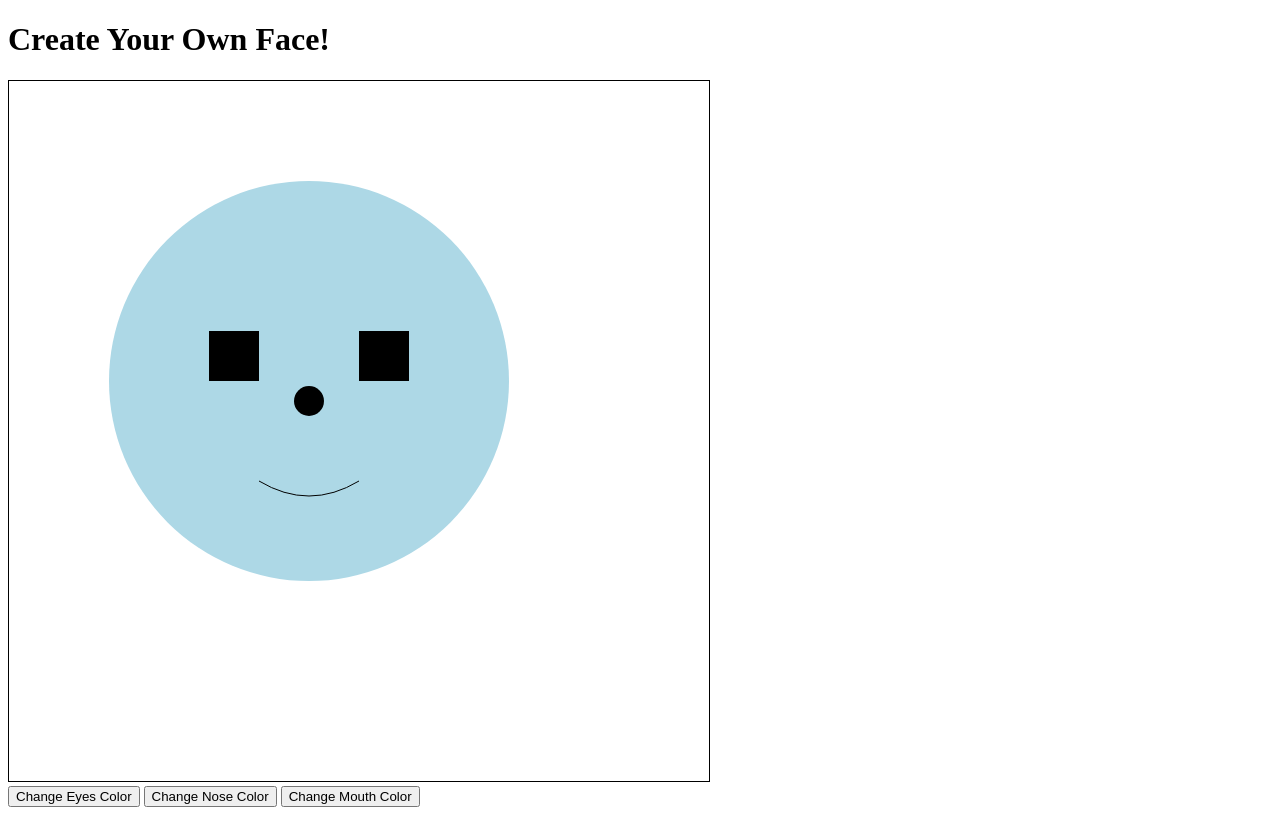
Repository: Chaimaa482/web2-tp1
Page: Tp1_1.html
The author's editor kept a copy of each file at every save. The page is drawn from the files as they stood at one save, then again after the next save.
The browser window is 1280 px wide. The pictures show the whole page.

Above is the page before, as saved 2024-02-20 20:29:17.

After the next save:
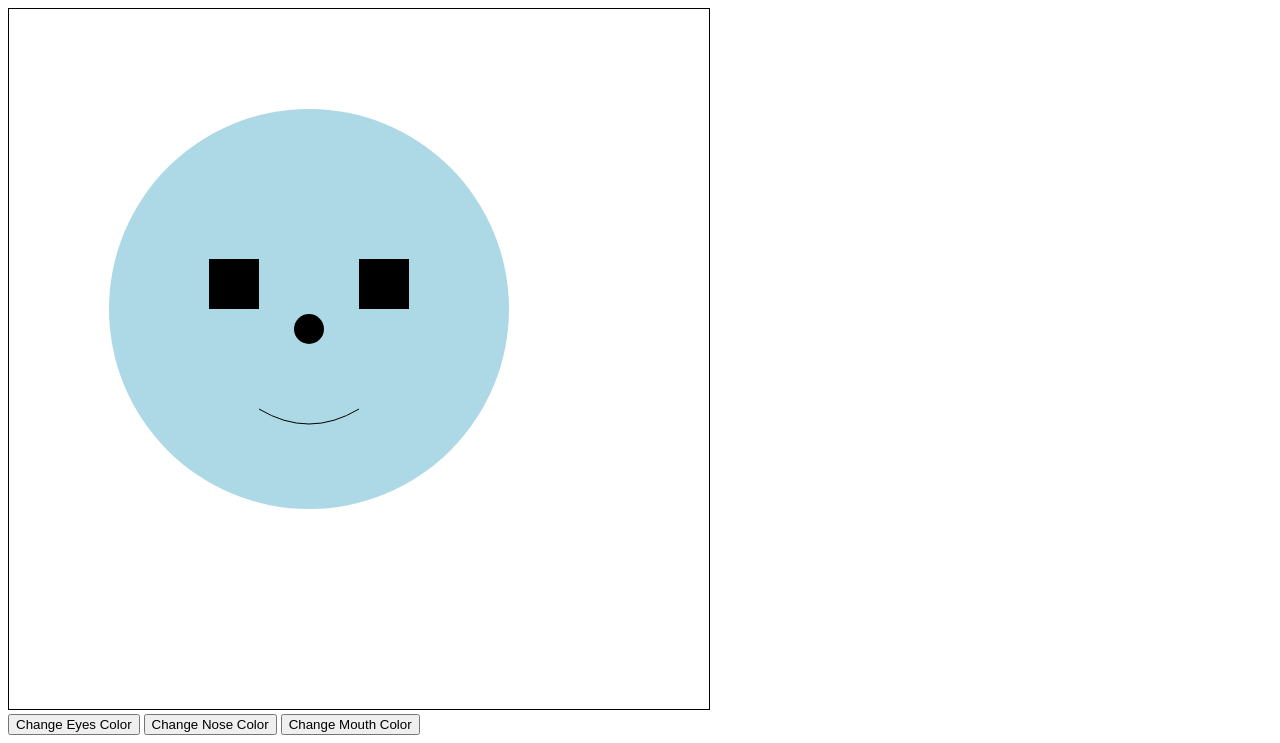
Saved 1 s later.
--- a/Tp1_1.html
+++ b/Tp1_1.html
@@ -6,7 +6,7 @@
     <title>Custom Face Drawing</title>
 </head>
 <body>
-    <h1>Create Your Own Face!</h1>
+
     <canvas id="myCanvas" width="700px" height="700px" style="border: 1px solid;"></canvas>
     <br>
     <button id="eyesButton">Change Eyes Color</button>
